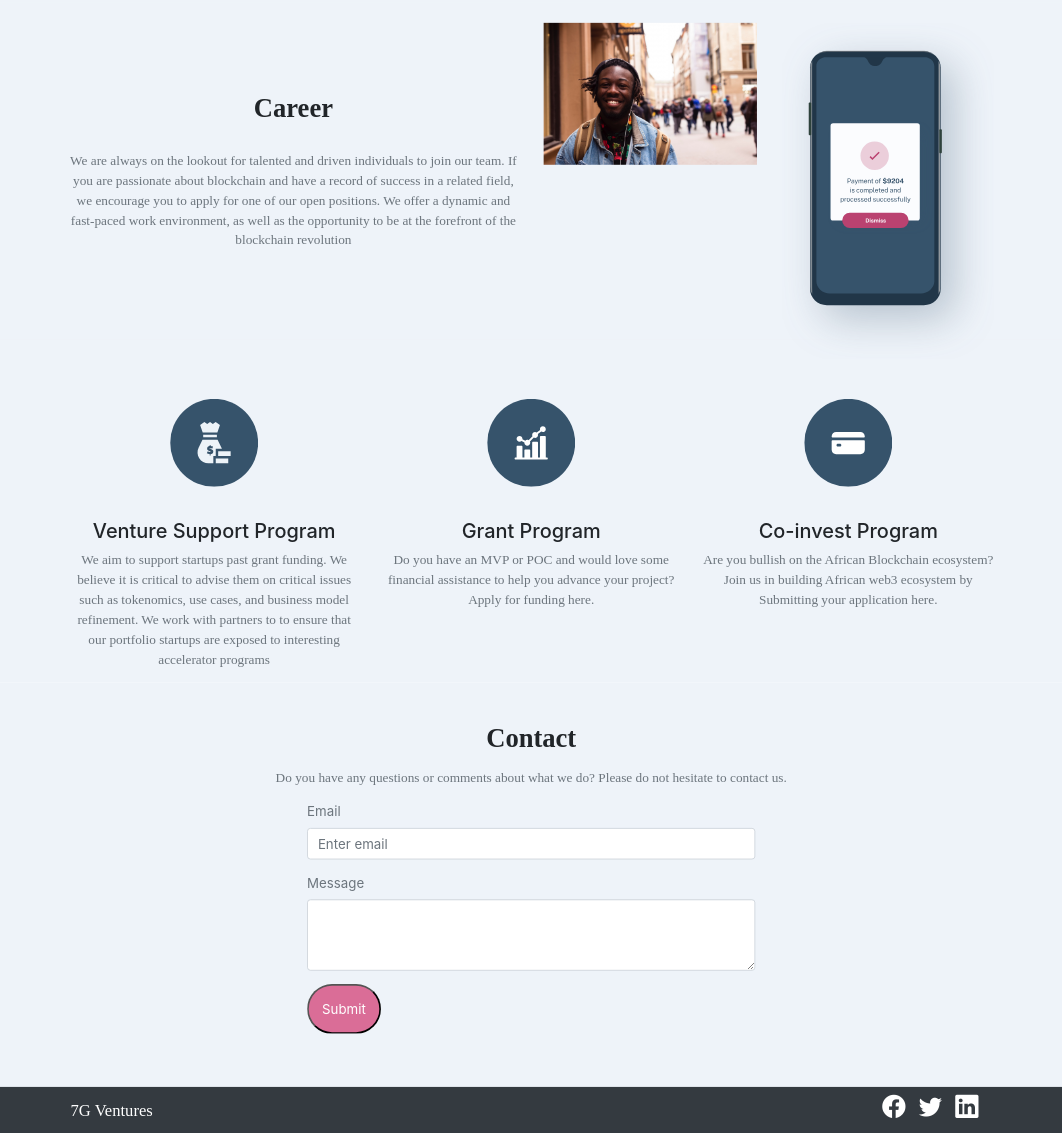
Repository: Jeremicarose/G7-venture
Page: index.html
These files come from the project's save history. The page is drawn as it stood at one moment and after the next save; the edit follows.
The browser window is 1280 px wide. The pictures show the part of the page from y = 1767 to 3133 px (the page is 3133 px tall before and 2967 px after), at 83% of full size.
A picture or video elsewhere on the page could not be fetched, so the positions and the page height are approximate.

Above is the page before, as saved 2023-02-03 19:34:06.

After the next save:
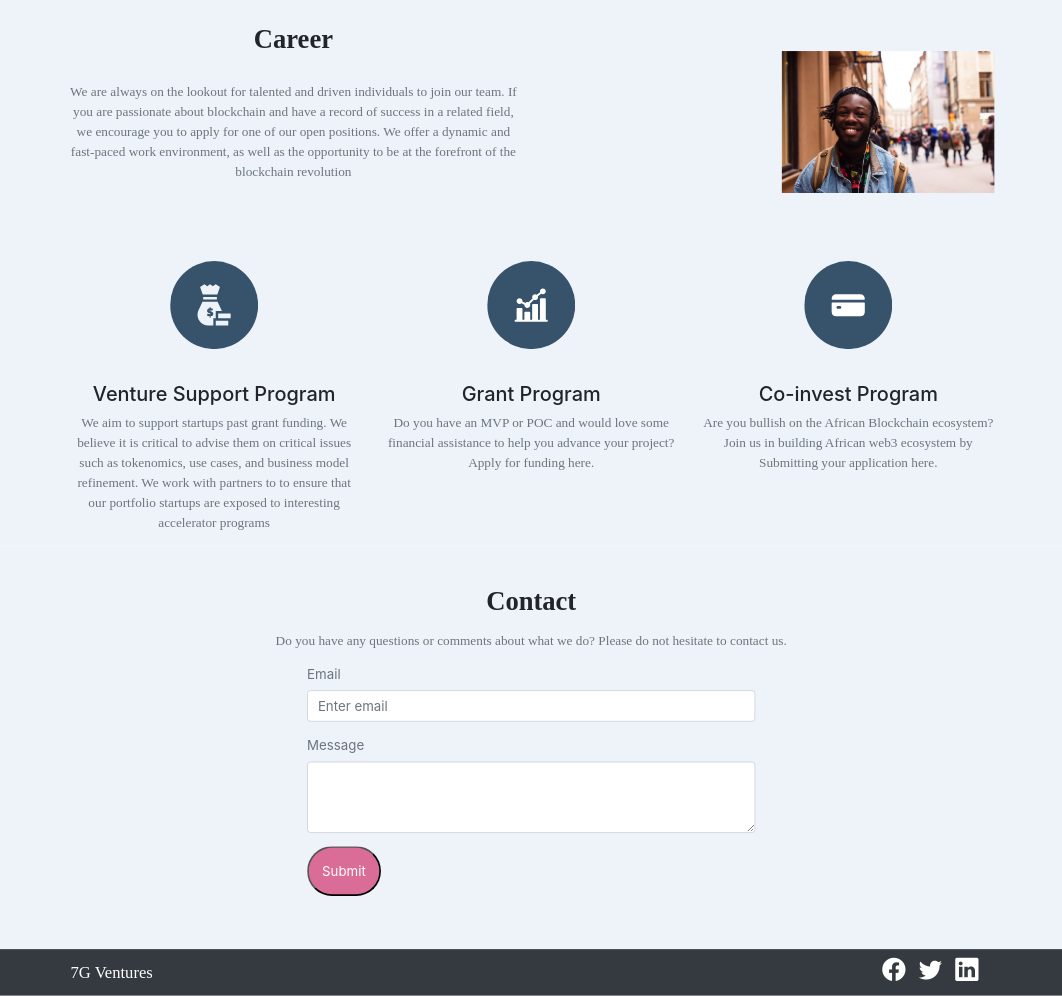
Saved 13 h 5 min later.
--- a/index.html
+++ b/index.html
@@ -230,9 +230,7 @@
                 <div class="col-lg-6">
                   <img src="asset\image2.jpg" class="img-fluid" alt="phone1" />
                 </div>
-                <div class="col-lg-6">
-                  <img src="asset\phone2.svg" class="img-fluid" alt="phone2" />
-                </div>
+
               </div>
             </span>
           </div>
